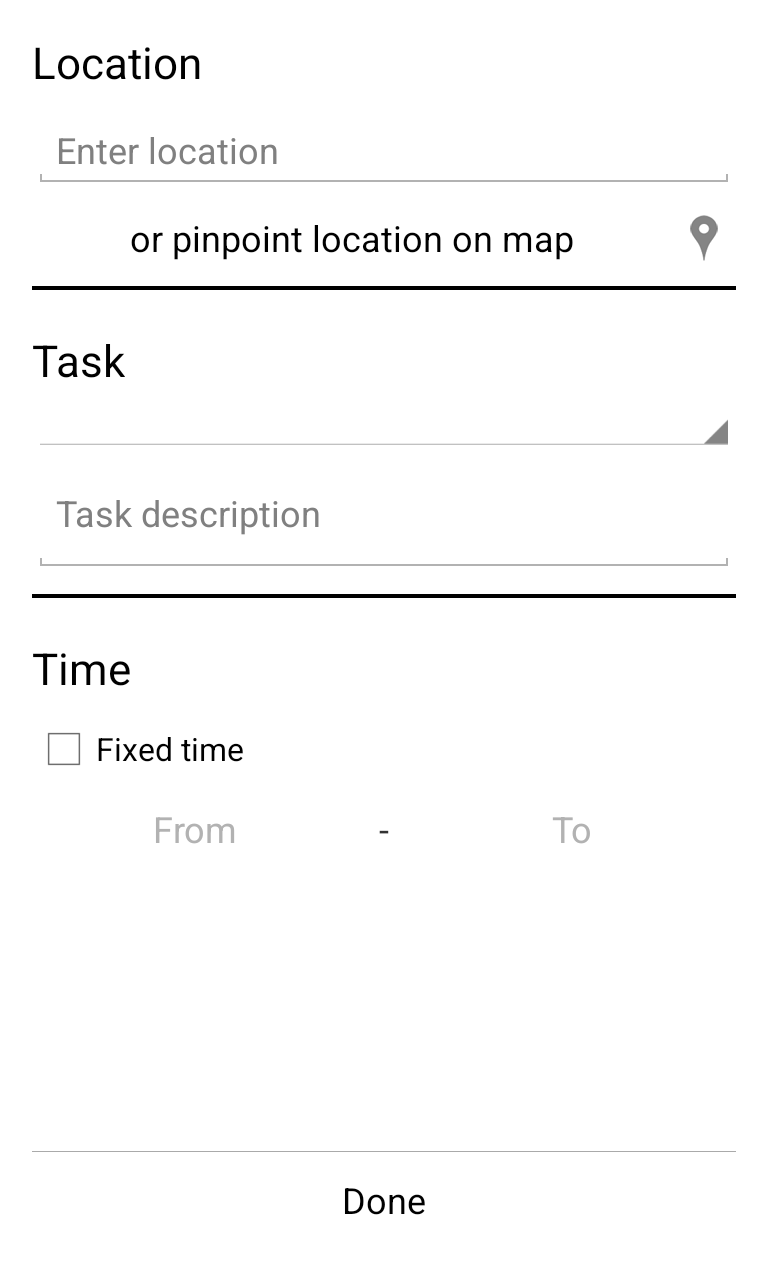
Repository: larserikstrand/IMT4904-Master
Layout: MTP/res/layout/activity_new_task.xml
These files come from the project's save history. The layout is drawn as it stood at one moment and after the next save; the edit follows.
It is drawn on a 768 x 1280 px phone screen (xhdpi) without system bars, with theme android:Theme.Holo.Light; the app's code is not run.

Above is the layout before, as saved 2014-02-10 20:47:33.

After the next save:
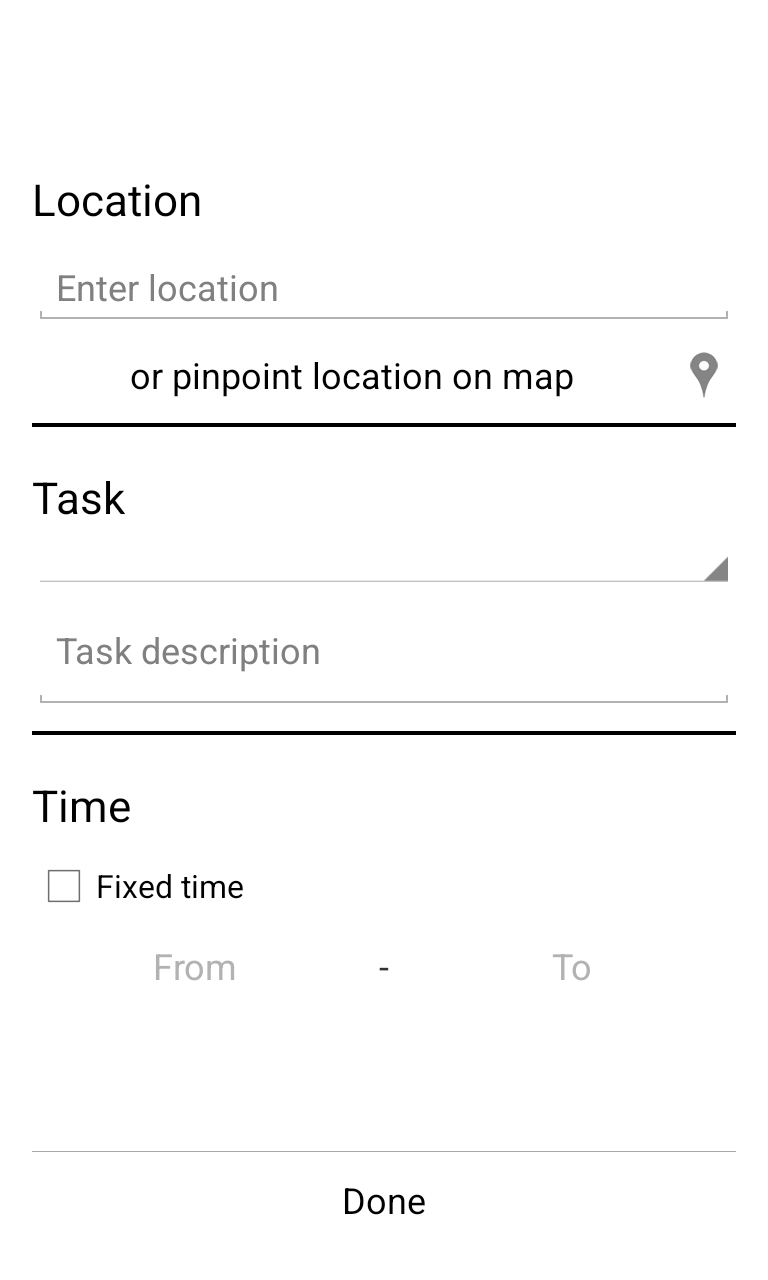
Saved 9 s later.
--- a/MTP/res/layout/activity_new_task.xml
+++ b/MTP/res/layout/activity_new_task.xml
@@ -10,7 +10,8 @@
     tools:context=".NewTaskActivity" >
 
     <ScrollView android:layout_width="match_parent"
-        android:layout_height="0dp" >
+        android:layout_height="0dp"
+        android:layout_weight="1" >
 
 
     </ScrollView>
